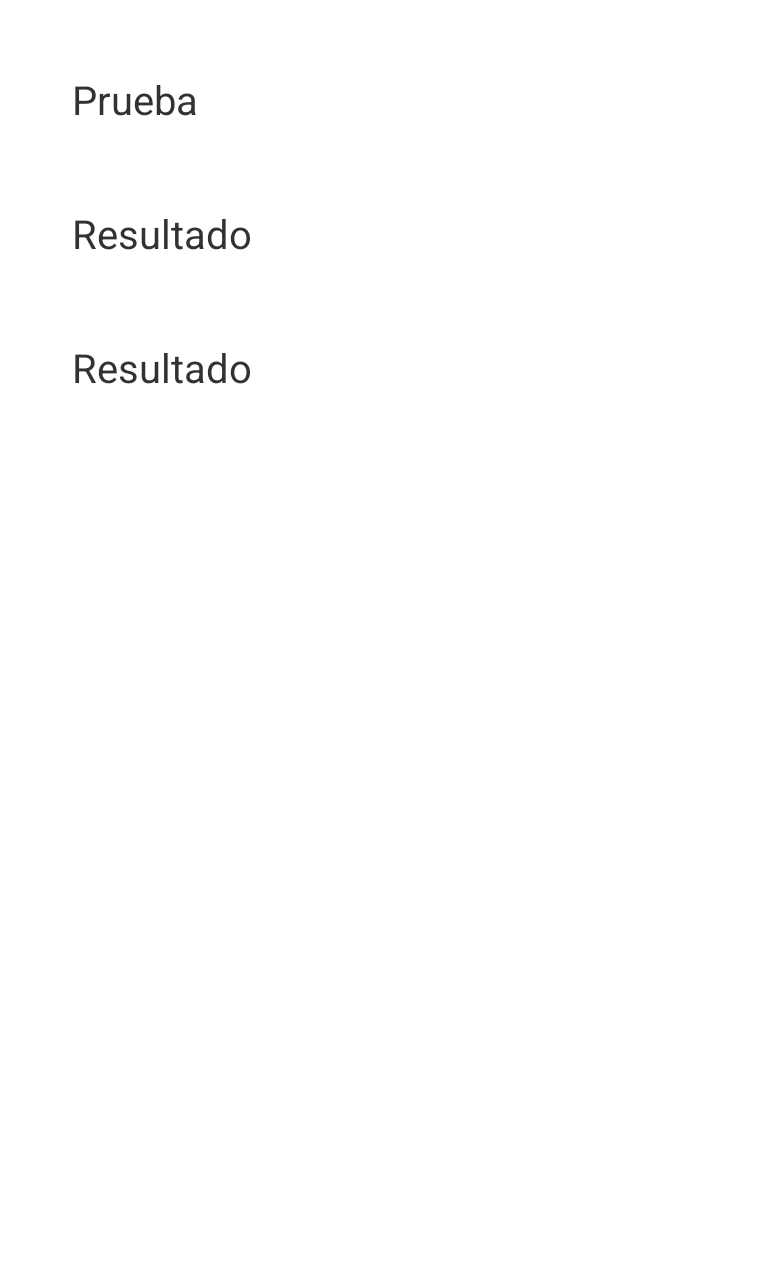
Repository: Jumax9/myPersonalNewton
Layout: MyPersonalNewton/res/layout/result.xml
An editor plug-in stored every save of this project. The layout is shown before and after a run of saves, followed by the edit.
It is drawn on a 768 x 1280 px phone screen (xhdpi) without system bars, with theme AppTheme; the app's code is not run.

Above is the layout before, as saved 2014-03-15 01:25:24.

### MyPersonalNewton/res/layout/result.xml
<RelativeLayout xmlns:android="http://schemas.android.com/apk/res/android"
    xmlns:tools="http://schemas.android.com/tools"
    android:layout_width="match_parent"
    android:layout_height="match_parent"
    android:paddingBottom="@dimen/activity_vertical_margin"
    android:paddingLeft="@dimen/activity_horizontal_margin"
    android:paddingRight="@dimen/activity_horizontal_margin"
    android:paddingTop="@dimen/activity_vertical_margin"
    tools:context=".MainActivity" >

    <LinearLayout
        android:layout_width="fill_parent"
        android:layout_height="wrap_content"
        android:layout_alignParentTop="True"
        android:orientation="vertical" >

        <TextView
            android:id="@+id/planetaResultado"
            android:layout_width="fill_parent"
            android:layout_height="wrap_content"
            android:padding="20dp"
            android:text="Prueba"
            android:textSize="20sp" >
        </TextView>

        <TextView
            android:id="@+id/resultado"
            android:layout_width="fill_parent"
            android:layout_height="wrap_content"
            android:padding="20dp"
            android:text="@string/resultado"
            android:textSize="20sp" >
        </TextView>

        <TextView
            android:id="@+id/ooparts"
            android:layout_width="fill_parent"
            android:layout_height="wrap_content"
            android:padding="20dp"
            android:text="@string/resultado"
            android:textSize="20sp" >
        </TextView>
    </LinearLayout>

</RelativeLayout>

### MyPersonalNewton/res/values/strings.xml
<?xml version="1.0" encoding="utf-8"?>
<resources>

    <string name="app_name">My Gravity</string>
    <string name="action_settings">Settings</string>
    <string name="hello_world">Hello world!</string>
    <string name="calculadora">Calculadora de gravedad</string>
    <string name="invitacion">Introduce la altitud sobre el nivel del mar a la que se encuentra</string>
    <string name="calcular">Calcular</string>
    <string name="resultado">Resultado</string>
    <string name="jupiter">Jupiter</string>
    <string name="astro">Escoge un planeta u otro astro para ver qué gravedad ejerce sobre la Tierra y compararla con otros objetos de la superficie terrestre</string>
    <string name="planet_prompt">Elige un astro</string>

    <string-array name="planet_array">
        <item>0 - Sol</item>
        <item>1 - Mercurio</item>
        <item>2 - Venus</item>
        <item>3 - La Luna</item> 63581581
        <item>4 - Marte</item>
        <item>5 - Júpiter</item>
        <item>6 - Saturno</item>
        <item>7 - Urano</item>
        <item>8 - Neptuno</item>
    </string-array>

    <string name="ooparts_prompt">Elige una comparación</string>

    <string-array name="ooparts_array">
        <item>Aneto</item>
        <item>Calvitero</item>
        <item>Mulhacén</item>
        <item>Peña Trevinca</item>
        <item>Pica d\'Estats</item>
        <item>Teide</item>
        <item>Teleno</item>
    </string-array>

</resources>

Loaded but not shown: MyPersonalNewton/res/values/styles.xml (common file); MyPersonalNewton/res/values-v11/styles.xml (common file); MyPersonalNewton/res/values-v14/styles.xml (common file); MyPersonalNewton/res/values/dimens.xml (common file)

After the next 2 saves:
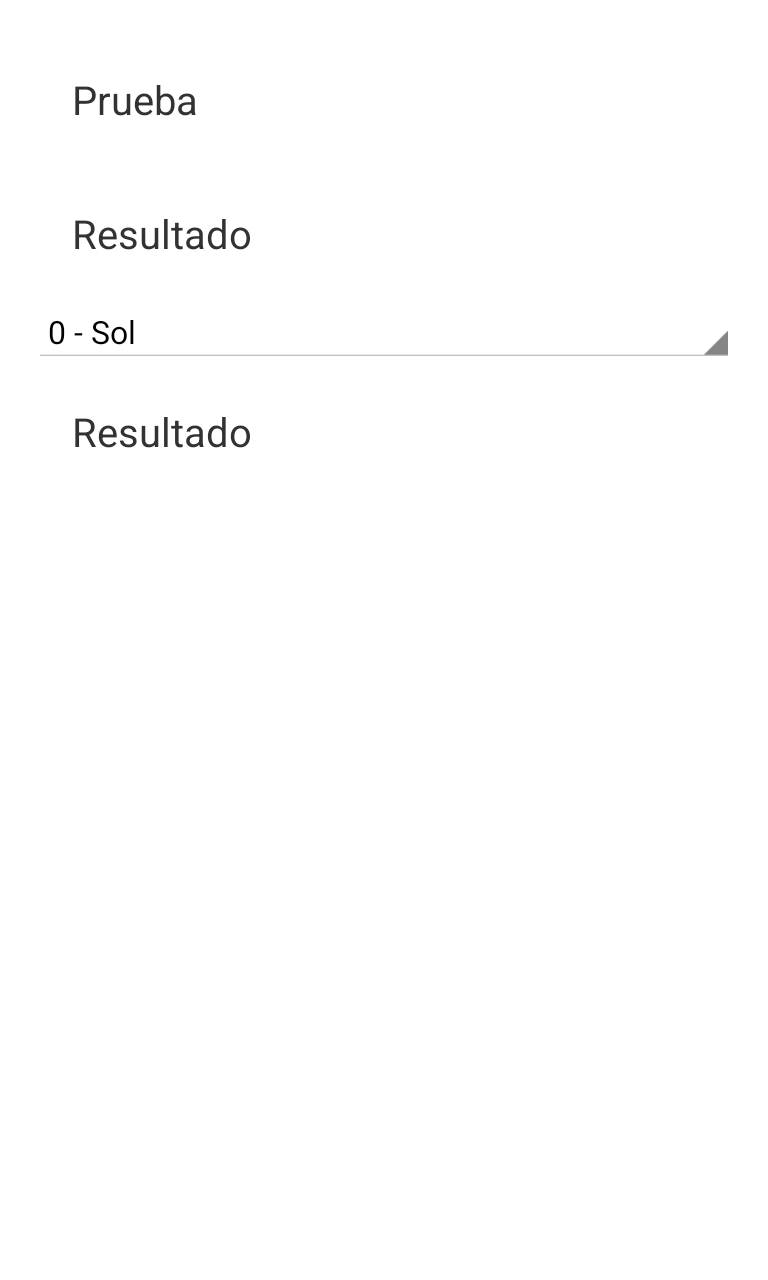
The 2 saves are shown as one change because they came seconds apart.
The last was saved 24 s later.
--- a/MyPersonalNewton/res/layout/result.xml
+++ b/MyPersonalNewton/res/layout/result.xml
@@ -32,6 +32,13 @@
             android:textSize="20sp" >
         </TextView>
 
+        <Spinner
+            android:id="@+id/spinnerPlanets"
+            android:layout_width="fill_parent"
+            android:layout_height="wrap_content"
+            android:entries="@array/planet_array"
+            android:prompt="@string/planet_prompt" />
+
         <TextView
             android:id="@+id/ooparts"
             android:layout_width="fill_parent"
